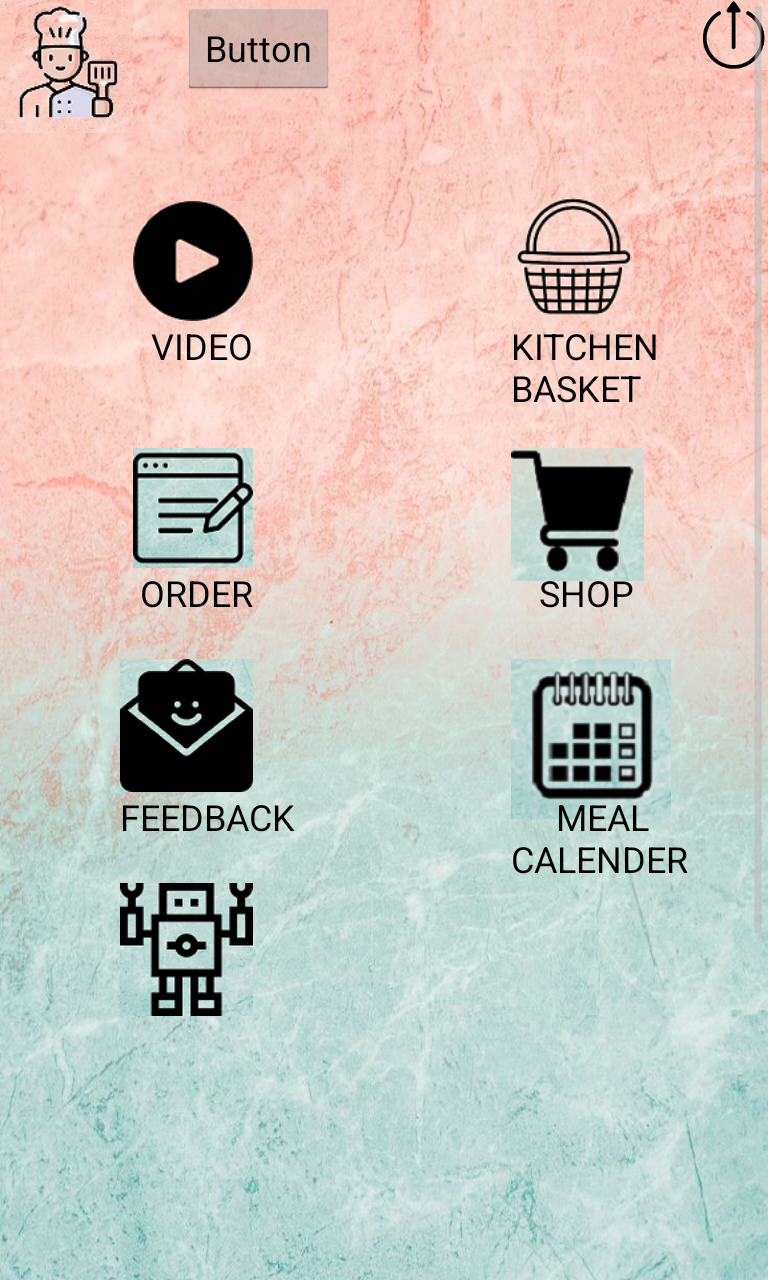
Repository: Narjasfathima/SmartKitchen
Layout: Frontend/SmartKitchen/res/layout/activity_home.xml
The author's editor kept a copy of each file at every save. The layout is drawn from the files as they stood at one save, then again after the next save.
It is drawn on a 768 x 1280 px phone screen (xhdpi) without system bars, with theme AppTheme; the app's code is not run.

Above is the layout before, as saved 2021-01-23 18:14:34.

After the next save:
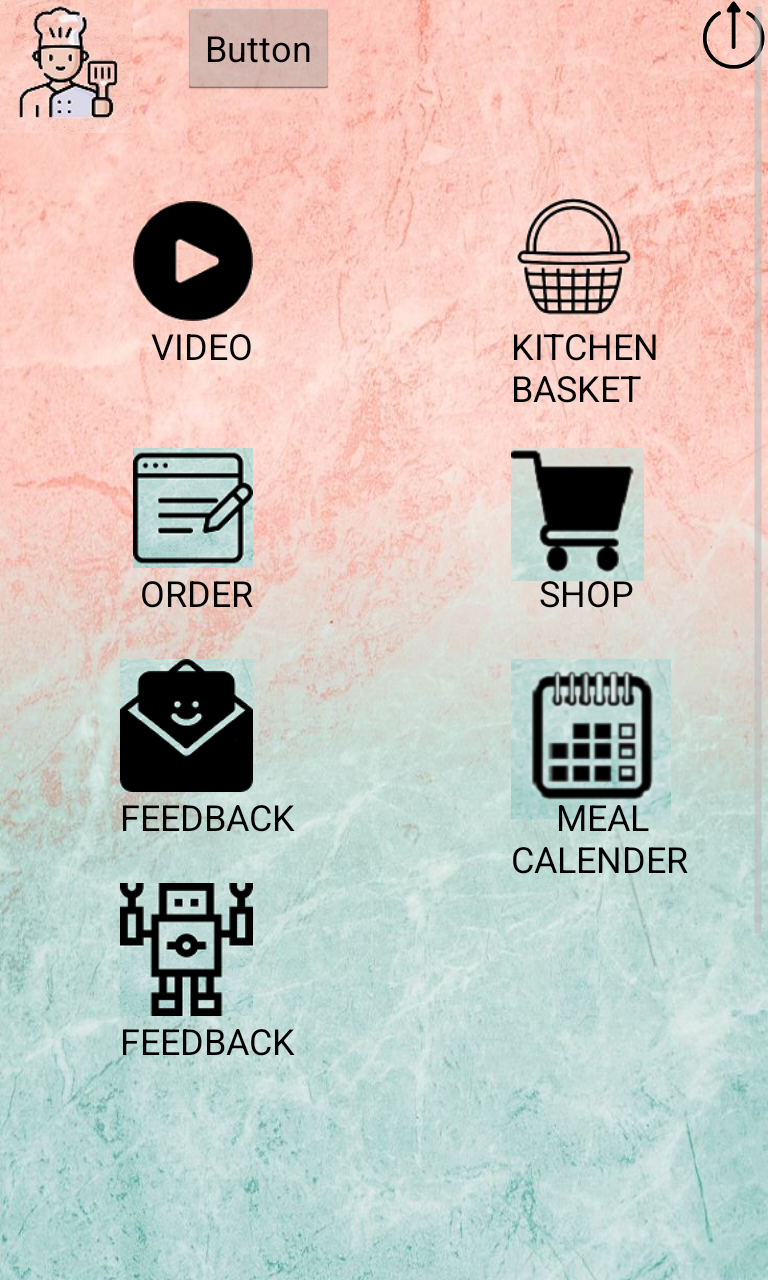
Saved 22 min 9 s later.
--- a/Frontend/SmartKitchen/res/layout/activity_home.xml
+++ b/Frontend/SmartKitchen/res/layout/activity_home.xml
@@ -154,6 +154,15 @@
         android:layout_below="@+id/textView5"
         android:background="@drawable/tech" />
 
+    <TextView
+        android:id="@+id/textView7"
+        android:layout_width="wrap_content"
+        android:layout_height="wrap_content"
+        android:layout_alignLeft="@+id/imageButton9"
+        android:layout_below="@+id/imageButton9"
+        android:text="FEEDBACK"
+        android:textAppearance="?android:attr/textAppearanceMedium" />
+
 </RelativeLayout>
 
 </ScrollView>
